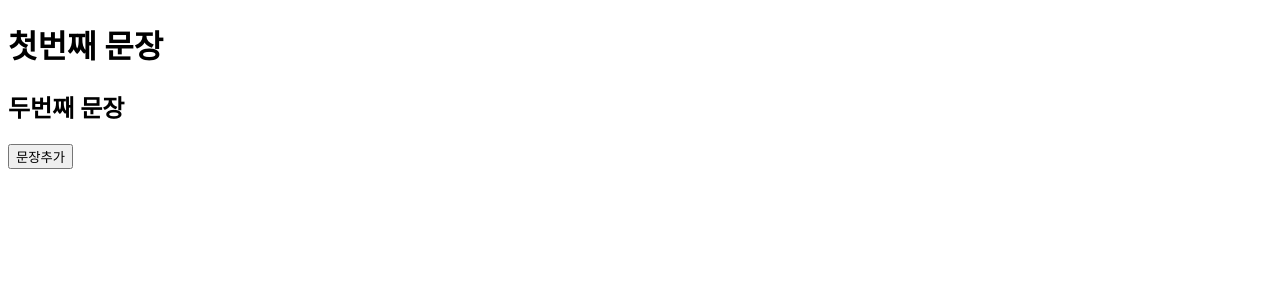
Repository: chopilyeon/JavaWeb
Page: LectureWeb/src/main/webapp/jquery/exam04.html
An editor plug-in stored every save of this project. The page is shown before and after the next save, followed by the edit.
The browser window is 1280 px wide. The pictures show the whole page.

Above is the page before, as saved 2022-05-30 07:55:52.

### LectureWeb/src/main/webapp/jquery/exam04.html
<!DOCTYPE html>
<html>
<head>
<meta charset="UTF-8">
<title>Insert title here</title>

<script src ="https://code.jquery.com/jquery-3.6.0.js"></script>
<script>
$(document).ready(function(){

	$('#btn01').click(function(){
		let h1Tag=document.createElement('h1')
		let text=document.createTextNode("세번째 문장")
		h1Tag.appendChild(text)
		let divTag=document.querySelector('div')
		divTag
		divTag.appendChild(h1Tag)
	})


})
</script>



</head>
<body>
	<div>
		<h1>첫번째 문장</h1>
		<h2>두번째 문장</h2>
	</div>
	<button id="btn01">문장추가</button>


</body>
</html>

After the next save:
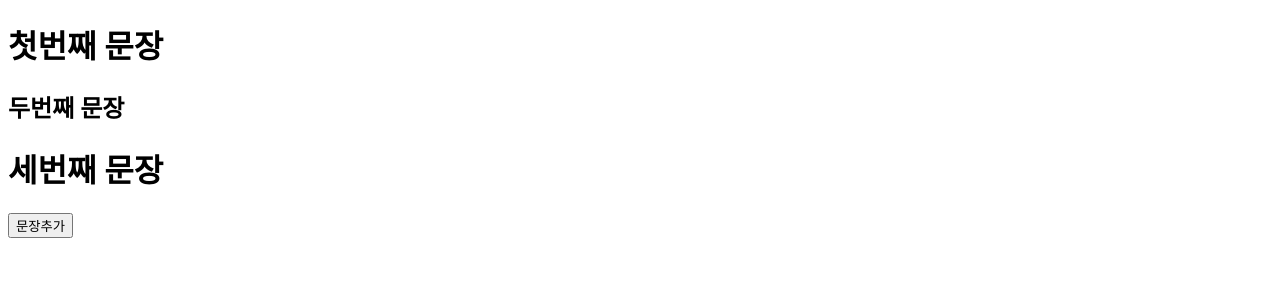
Saved 42 s later.
--- a/LectureWeb/src/main/webapp/jquery/exam04.html
+++ b/LectureWeb/src/main/webapp/jquery/exam04.html
@@ -17,6 +17,10 @@ $(document).ready(function(){
 		divTag.appendChild(h1Tag)
 	})
 
+	$('div').append('<h1>세번째 문장</h1>')
+	//div의 자식태그로 넣어주겠다 이거임. 위에꺼보다 훨씬 간단함.
+
+
 
 })
 </script>
